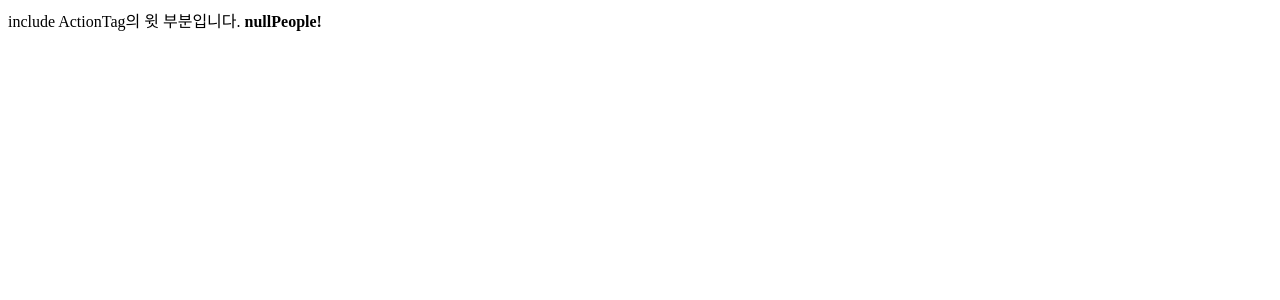
Repository: Ryustam/JSP
Page: http://localhost/jsp_actiontag/includeTagTop1.jsp
These files come from the project's save history. The page is drawn as it stood at one moment and after the next save; the edit follows.
The browser window is 1280 px wide. The pictures show the whole page.
The page is served by Tomcat 9. Other server files are loaded and not shown.

Above is the page before, as saved 2021-11-03 07:10:23.

### jsp_actiontag/src/main/webapp/includeTagTop1.jsp
<%@ page language="java" contentType="text/html; charset=EUC-KR"
    pageEncoding="EUC-KR"%>

<% String name=request.getParameter("name");%>
include ActionTag의 윗 부분입니다.
<b><%=name %>People!</b>
<!DOCTYPE html>
<html>
<head>
<meta charset="EUC-KR">
<title>Insert title here</title>
</head>
<body>

</body>
</html>

After the next save:
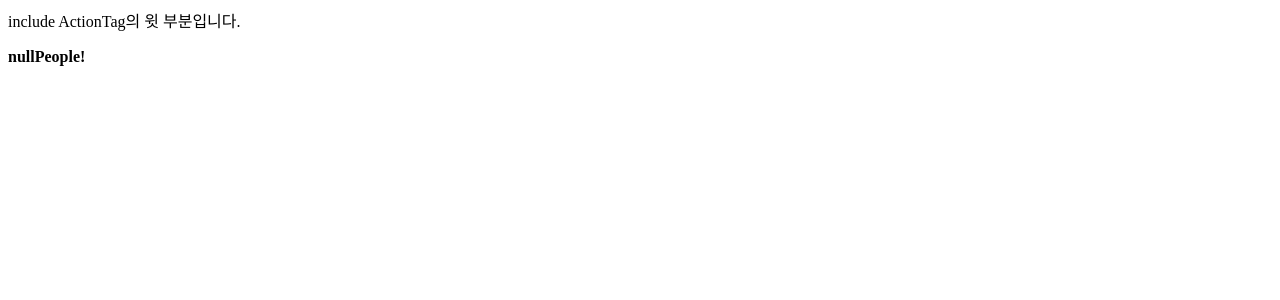
Saved 20 s later.
--- a/jsp_actiontag/src/main/webapp/includeTagTop1.jsp
+++ b/jsp_actiontag/src/main/webapp/includeTagTop1.jsp
@@ -2,7 +2,7 @@
     pageEncoding="EUC-KR"%>
 
 <% String name=request.getParameter("name");%>
-include ActionTag의 윗 부분입니다.
+include ActionTag의 윗 부분입니다. <p>
 <b><%=name %>People!</b>
 <!DOCTYPE html>
 <html>
